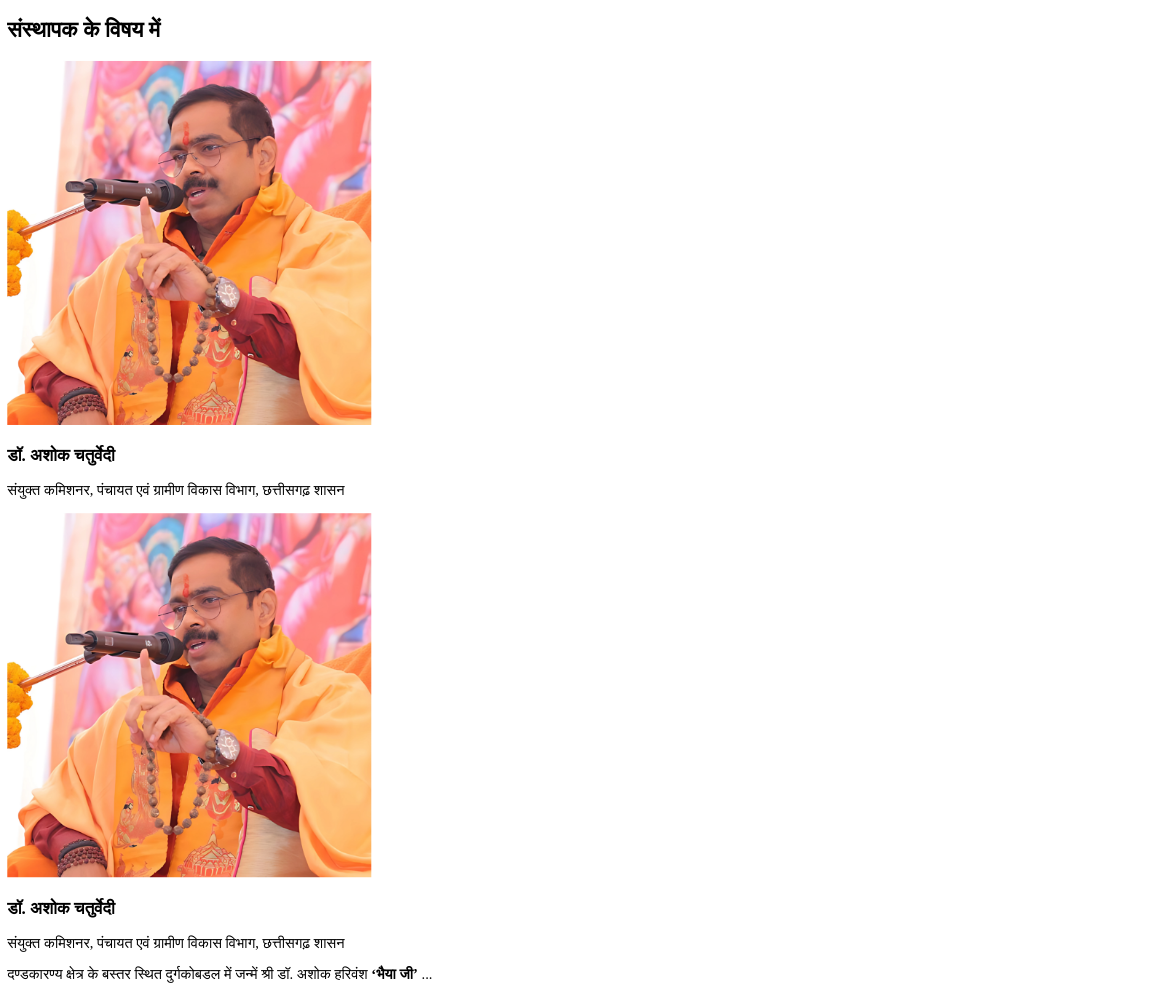
Repository: as-avni/lokmeeram
Page: /founder
The author's editor kept a copy of each file at every save. The page is drawn from the files as they stood at one save, then again after the next save.
The browser window is 1280 px wide. The pictures show the whole page, at 91% of full size.
The project was rebuilt for these pictures with package versions that can differ from the ones it lists, and the page was loaded fresh each time. The framework's server and built-in components were replaced by stand-ins that run in the browser. Also part of the build but not shown: next.config.ts.

Above is the page before, as saved 2025-06-27 05:54:51.

### src/app/founder/page.tsx
// import Image from "next/image"
// import { Card, CardContent } from "@/components/ui/card"

// export default function Founders() {
//     return (
//         <section id="team" className="px-4 py-12 md:py-16 bg-[url('/images/background/team-bg.png')] bg-blend-color-burn bg-cover bg-center bg-no-repeat">
//         <div className="max-w-6xl mx-auto">
//             <h1 className="text-3xl text-black text-center md:text-5xl px-20 font-bold mb-2 md:mb-4 mt-20">
//                 <span className="text-orange-600">
//                 संस्थापक </span> के
//                 विषय में
//             </h1>

//         <div className="max-w-lg mx-auto mt-5 md:mt-10">
//         <Card className="bg-transparent">
//             <CardContent className="p-6">
//             <div className="aspect-square relative mb-4 rounded-lg overflow-hidden">
//                 <Image
//                 src="/images/about-team/2.png"
//                 alt="Team member"
//                 width={400}
//                 height={400}
//                 className="object-cover rounded-full"
//                 />
//             </div>
//             <h3 className="text-2xl font-bold mb-1 text-center font-[Poppins]">डॉ. अशोक चतुर्वेदी</h3>
//             <p className="text-lg font-semibold text-gray-800 mb-2">संयुक्त
//             कमिशनर, पंचायत एवं ग्रामीण विकास विभाग, छत्तीसगढ़ शासन</p>
//             <p className="text-xl w-full text-gray-500">दण्डकारण्य क्षेत्र के बस्तर स्थित दुर्गकोबडल में जन्में श्री डॉ. अशोक हरिवंश <strong> ‘भैया जी’</strong> राजनीति शास्त्र, मानव संसाधन प्रबंधन एवं मानवाधिकार विषयों में उच्च शिक्षा प्राप्त भैया जी प्रशासन में एक उत्कृष्ट अधिकारी के रूप में विद्यमान हैं।

// जगद्गुरु श्रीरामानुजाचार्य की कृपा एवं माता-पिता के निर्देश में बचपन से ही धर्म के क्षेत्र में “राम और राष्ट्र एक” मंत्र को जीवन का ध्येय मानुषि, धर्म एवं राष्ट्र की सेवा में समर्पित होकर श्री रामकथा वाचक के रूप में प्रचार-प्रसार कर रहे हैं।

// भारतीय संस्कृति एवं विरासत की पुनर्स्थापना हेतु प्रयास करना, धर्मांतरण के विकराल तथा नशामुक्ति हेतु अभियान का संचालन, देश के हर घर में श्रीरामचरितमानस एवं श्रीमद्भागवद्गीता का होना सुनिश्चित करने हेतु, हिंदू धार्मिक बंधनों के यह शांत वातावरण में भारतीय आश्रम के अनुभव भी प्रदान करता है।</p>
//             </CardContent>
//         </Card>
// {/*
//         <Card className="bg-orange-200 shadow-lg shadow-black">
//             <CardContent className="p-6">
//             <div className="aspect-square relative mb-4 rounded-lg overflow-hidden">
//                 <Image
//                 src="/images/about-team/3.png"
//                 alt="Team member"
//                 width={400}
//                 height={400}
//                 className="object-cover rounded-full"
//                 />
//             </div>
//             <h3 className="text-2xl font-bold mb-1 text-center font-[Poppins]">नागेन्द्र दुबे </h3>
//             <p className="text-lg font-semibold text-gray-800 mb-2 prose text-center">संस्थापक, लोक में राम शोध संस्थान</p>
//             <p className="text-lg text-gray-500 prose text-justify">एक प्रतिष्ठित <strong>शिक्षाविद्, मोटिवेशनल स्पीकर और काउंसलर</strong>, जिन्हें शिक्षा, पारिवारिक और व्यक्तिगत मार्गदर्शन में व्यापक अनुभव है। उन्होंने <strong>300 से अधिक स्कूलों का दौरा</strong> किया और <strong>4,000+ छात्रों</strong> को प्रेरित किया है। वे <strong>टॉपर्स एजुकेशनल सोसायटी</strong> के सचिव, <strong>विजडम वे हायर सेकेंडरी स्कूल</strong> के निदेशक और <strong>&quot;सतत् छत्तीसगढ़&quot;</strong> पत्रिका के संपादक हैं। <strong>राष्ट्रीय पुस्तक मेला, साहित्य महोत्सव और शिक्षा मेले</strong> के आयोजक होने के नाते, वे शिक्षा और युवा सशक्तिकरण के लिए प्रतिबद्ध हैं। उनके प्रेरणादायक संवाद कौशल, व्यवहारगत समझ और आध्यात्मिक दृष्टिकोण ने उन्हें एक प्रभावशाली व्यक्तित्व बनाया है।
//             </p>
//             </CardContent>
//         </Card> */}
//         </div>
//     </div>
//     </section>
//     )
// }






import Image from "next/image"

export default function Founders() {
    return (
        <section
            id="team"
            className="px-4 py-12 md:py-16 bg-[url('/images/background/team-bg.png')] bg-blend-color-burn bg-cover bg-center bg-no-repeat"
        >
            <div className="max-w-6xl mx-auto">
                <h1 className="text-3xl text-black text-center md:text-5xl px-20 font-bold mb-2 md:mb-4 mt-20">
                    <span className="text-orange-600">संस्थापक </span> के विषय में
                </h1>
{/* Dr. Ashok Chaturvedi */}
<div className="max-w-5xl mx-auto items-center">
    <div className="relative rounded-lg overflow-hidden flex justify-center mb-4">
        <Image
            src="/images/about-team/2.png"
            alt="Team member"
            width={400}
            height={400}
            className="object-cover rounded-full"
        />
    </div>
    <h3 className="text-2xl font-bold mb-1 text-center font-[Poppins] text-orange-500">
        डॉ. अशोक चतुर्वेदी
    </h3>
    <p className="text-lg font-semibold text-gray-800 mb-2 text-center">
        संयुक्त कमिशनर, पंचायत एवं ग्रामीण विकास विभाग, छत्तीसगढ़ शासन
    </p>
{/* Dr. Ashok Chaturvedi */}
<div className="max-w-5xl mx-auto items-center">
    <div className="relative rounded-lg overflow-hidden flex justify-center mb-4">
        <Image
            src="/images/about-team/2.png"
            alt="Team member"
            width={400}
            height={400}
            className="object-cover rounded-full"
        />
    </div>
    <h3 className="text-2xl font-bold mb-1 text-center font-[Poppins] text-orange-500">
        डॉ. अशोक चतुर्वेदी
    </h3>
    <p className="text-lg font-semibold text-gray-800 mb-2 text-center">
        संयुक्त कमिशनर, पंचायत एवं ग्रामीण विकास विभाग, छत्तीसगढ़ शासन
    </p>
    <p className="text-xl text-black w-full">
        दण्डकारण्य क्षेत्र के बस्तर स्थित दुर्गकोबडल में जन्में श्री डॉ. अशोक हरिवंश <strong>‘भैया जी’</strong> ...
        {/* remaining paragraph unchanged */}
    </p>
</div></div>
            </div>
        </section>
    )
}

After the next save:
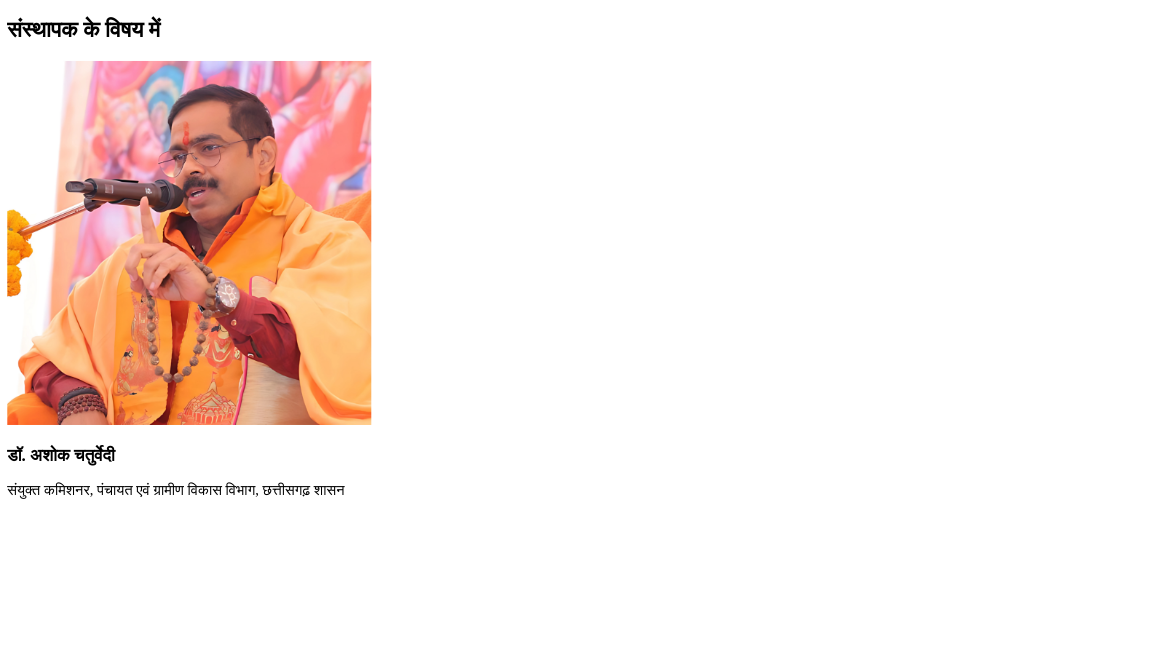
Saved 6 s later.
--- a/src/app/founder/page.tsx
+++ b/src/app/founder/page.tsx
@@ -74,45 +74,45 @@ export default function Founders() {
                 <h1 className="text-3xl text-black text-center md:text-5xl px-20 font-bold mb-2 md:mb-4 mt-20">
                     <span className="text-orange-600">संस्थापक </span> के विषय में
                 </h1>
-{/* Dr. Ashok Chaturvedi */}
-<div className="max-w-5xl mx-auto items-center">
-    <div className="relative rounded-lg overflow-hidden flex justify-center mb-4">
-        <Image
-            src="/images/about-team/2.png"
-            alt="Team member"
-            width={400}
-            height={400}
-            className="object-cover rounded-full"
-        />
-    </div>
-    <h3 className="text-2xl font-bold mb-1 text-center font-[Poppins] text-orange-500">
-        डॉ. अशोक चतुर्वेदी
-    </h3>
-    <p className="text-lg font-semibold text-gray-800 mb-2 text-center">
-        संयुक्त कमिशनर, पंचायत एवं ग्रामीण विकास विभाग, छत्तीसगढ़ शासन
-    </p>
-{/* Dr. Ashok Chaturvedi */}
-<div className="max-w-5xl mx-auto items-center">
-    <div className="relative rounded-lg overflow-hidden flex justify-center mb-4">
-        <Image
-            src="/images/about-team/2.png"
-            alt="Team member"
-            width={400}
-            height={400}
-            className="object-cover rounded-full"
-        />
-    </div>
-    <h3 className="text-2xl font-bold mb-1 text-center font-[Poppins] text-orange-500">
-        डॉ. अशोक चतुर्वेदी
-    </h3>
-    <p className="text-lg font-semibold text-gray-800 mb-2 text-center">
-        संयुक्त कमिशनर, पंचायत एवं ग्रामीण विकास विभाग, छत्तीसगढ़ शासन
-    </p>
-    <p className="text-xl text-black w-full">
-        दण्डकारण्य क्षेत्र के बस्तर स्थित दुर्गकोबडल में जन्में श्री डॉ. अशोक हरिवंश <strong>‘भैया जी’</strong> ...
-        {/* remaining paragraph unchanged */}
-    </p>
-</div></div>
+
+                <div className="max-w-5xl mx-auto items-center">
+                    {/* Dr. Ashok Chaturvedi */}
+
+                        <div className="relative rounded-lg overflow-hidden items-center">
+                            <Image
+                                src="/images/about-team/2.png"
+                                alt="Team member"
+                                width={400}
+                                height={400}
+                                className="object-cover rounded-full"
+                            />
+                        </div>
+                        <h3 className="text-2xl font-bold mb-1 text-center font-[Poppins] text-orange-500">डॉ. अशोक चतुर्वेदी</h3>
+                        <p className="text-lg font-semibold text-gray-800 mb-2 text-center">
+                            संयुक्त कमिशनर, पंचायत एवं ग्रामीण विकास विभाग, छत्तीसगढ़ शासन
+                        </p>
+
+
+                    {/* Nagendra Dubey
+                    <div className="p-6 bg-orange-200 shadow-lg shadow-black">
+                        <div className="aspect-square relative mb-4 rounded-lg overflow-hidden">
+                            <Image
+                                src="/images/about-team/3.png"
+                                alt="Team member"
+                                width={400}
+                                height={400}
+                                className="object-cover rounded-full"
+                            />
+                        </div>
+                        <h3 className="text-2xl font-bold mb-1 text-center font-[Poppins]">नागेन्द्र दुबे</h3>
+                        <p className="text-lg font-semibold text-gray-800 mb-2 text-center">
+                            संस्थापक, लोक में राम शोध संस्थान
+                        </p>
+                        <p className="text-lg text-gray-500 text-justify">
+                            एक प्रतिष्ठित <strong>शिक्षाविद्, मोटिवेशनल स्पीकर और काउंसलर</strong>, जिन्हें शिक्षा, पारिवारिक और व्यक्तिगत मार्गदर्शन में व्यापक अनुभव है। उन्होंने <strong>300 से अधिक स्कूलों का दौरा</strong> किया और <strong>4,000+ छात्रों</strong> को प्रेरित किया है। वे <strong>टॉपर्स एजुकेशनल सोसायटी</strong> के सचिव, <strong>विजडम वे हायर सेकेंडरी स्कूल</strong> के निदेशक और <strong>"सतत् छत्तीसगढ़"</strong> पत्रिका के संपादक हैं। <strong>राष्ट्रीय पुस्तक मेला, साहित्य महोत्सव और शिक्षा मेले</strong> के आयोजक होने के नाते, वे शिक्षा और युवा सशक्तिकरण के लिए प्रतिबद्ध हैं। उनके प्रेरणादायक संवाद कौशल, व्यवहारगत समझ और आध्यात्मिक दृष्टिकोण ने उन्हें एक प्रभावशाली व्यक्तित्व बनाया है।
+                        </p>
+                    </div> */}
+                </div>
             </div>
         </section>
     )
